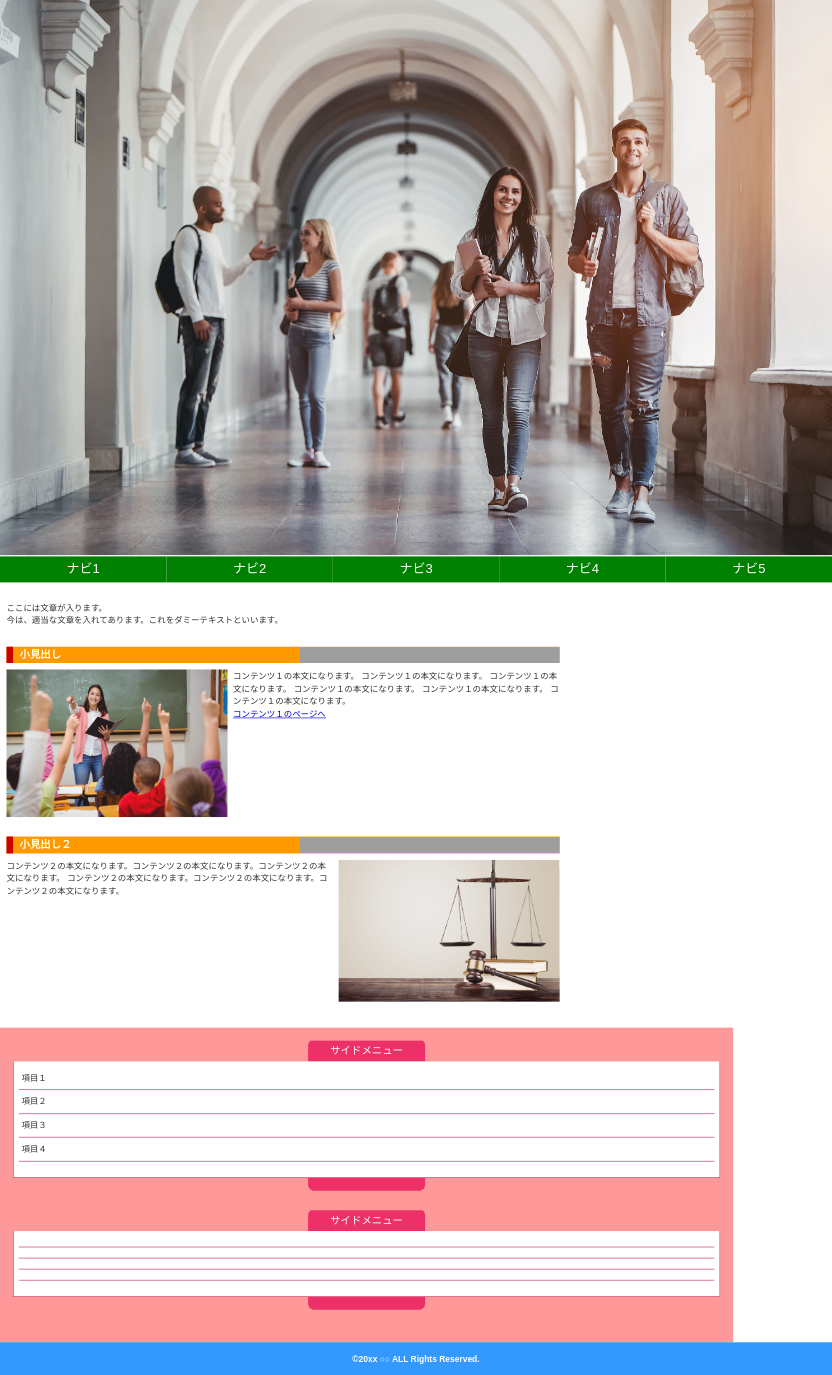
Repository: Ayano0819/samurai_HTML-CSS
Page: c9/home.html
The author's editor kept a record of every edit. The page is drawn from the files as they stood at one moment, then again after the next edit.
The browser window is 1280 px wide. The pictures show the whole page, at 65% of full size.
Pictures or frames that could not be fetched are drawn as grey boxes.

Above is the page before.

### c9/home.html
<!DOCTYPE html>
<html lang="en">
<head>
  <meta charset="UTF-8">
  <title>HTML/CSSの学習</title>
  <link rel="stylesheet" href="stylesheet.css">
</head>
<body>
  <div id="header">
    <h1>
      <a href="index.html"><img id="corridor" src="images/corridor.jpg" alt="大学の廊下"></a>
    </h1>
  </div>
  <div id="wrapper">
    <div id="nav">
      <ul>
        <li><a href="home.html">ナビ1</a></li>
        <li><a href="#">ナビ2</a></li>
          <li><a href="#">ナビ3</a></li>
         <li><a href="#">ナビ4</a></li>
        <li><a href="#">ナビ5</a></li>
       </ul>
     </div>
     <div id="container">
       <div id="main">
         <div class="post">
           <p>ここには文章が入ります。<br>今は、適当な文章を入れてあります。これをダミーテキストといいます。</p>
         </div>
         <div class="post clearfix">
           <h2>小見出し</h2>
           <img class="left" src="images/classroom.jpg" alt="授業風景"/>
           <p>
             コンテンツ１の本文になります。 コンテンツ１の本文になります。 コンテンツ１の本文になります。
              コンテンツ１の本文になります。 コンテンツ１の本文になります。 コンテンツ１の本文になります。
           </p>
           <p><a href="#">コンテンツ１のページへ</a></p>
         </div>
         <div class="post clearfix">
           <h2>小見出し２</h2>
           <img class="right" src="images/scale.jpg" alt="天秤"/>
           <p>
             コンテンツ２の本文になります。コンテンツ２の本文になります。コンテンツ２の本文になります。
             コンテンツ２の本文になります。コンテンツ２の本文になります。コンテンツ２の本文になります。
           </p>
         </div>
       </div>
     </div>
      <div id="side">
          <div class="box">
              <h2>サイドメニュー</h2>
              <div class="boxBody">
                  <ul>
                      <Li>項目１</Li>
                      <Li>項目２</Li>
                      <Li>項目３</Li>
                      <Li>項目４</Li>
                  </ul>
              </div>
          </div>
          <div class="box">
              <h2>サイドメニュー</h2>
              <div class="boxBody">
                  <ul>
                      <li></li>
                      <li></li>
                      <li></li>
                      <li></li>
                  </ul>
              </div>
          </div>
      </div>
  </div>
   <div id="footer">
     <p>&copy;20xx ○○ ALL Rights Reserved.</p>
   </div>
</body>
</html>

### c9/stylesheet.css
@charset "utf-8";

body{
  margin:0;
  padding:0;
  font-family:"ヒラギノ角ゴ Pro W3","Hiragino Gothic Pro","メイリオ",Meiryo,Osaka,"MS Pゴシック","MS PGothic", sans-serif;
  color:#333;
  font-size:13px;
  line-height:150%;
}

/*---------wrapper---------------*/
#wrapper{
  width:100%;
  margin:auto;
  padding:0px;
  border:0px;
  background-color:#FFF;
  top:10px;
}
/*---------header----------------*/
#header{
  width:100%;
}
#header h1{
  margin:0;
  padding:0;
}
#corridor{
  width:100%;
  height:auto;
}
/*---------footer----------------*/
#footer{
  clear:both;
  width:100%;
  padding:3px 0 3px 0;
  background:#39F;
  color:#FFF;
  font-weight:bold;
  text-align:center;
}
/*---------nav----------------*/
#nav{
  width:100%;
}
#nav ul{
  display:flex;
  margin:0;
  padding:0;
  list-style-type:none;
}
#nav ul li {
	width: 20%;
	text-align: center;
}
#nav ul li a {
	display: block;
	height: 20px;
	margin: 0;
	padding: 10px;
	color: #FFF;
	font-size: 20px;
	text-decoration: none;
	background-color: green;
}
#nav ul li a:hover{
  filter:drop-shadow(10px 10px 10px black);
}
/*-------container---------*/
#container{
  width:100%;
  margin:auto;
  padding:auto;
  padding-top:20px;
  clear:both;
  display: grid;
  grid-template-columns:70vw 30vw;
}
/*------main------------*/
#main{
  width:95%;
  padding:10px 30px 10px 10px;
}
#main h2{
  margin:0 0 10px 0;
  padding: 3px 10px 3px 10px;
  color:#FFF;
  font-size:16px;
  border-left:solid 10px #C00;
  background:#F90 url(../images/main_h2.jpg) right top repeat-y;
}
#main p{
  margin:0;
  padding:0;
}
#main .post{
  margin:0 0 30px 0;
}
#main .post img.right{
  margin:0 0 0 8px;
}
#main .post img.left{
  margin:0 8px 0 0;
}
.right{
  float:right;
  width:40%;
  height:auto;
}
.left{
  float:left;
  width:40%;
  height:auto;
}
/*---------clearfix----------*/
.clearfix{
  zoom:1;
}
.clearfix:after{
  content:"";
  display:block;
  clear:both;
}
/*------side--------*/
#side{
  width:85%;
  padding:20px;
  background-color:#F99;
}
#side .box{
  margin:0 auto 30px auto;
  padding:0 0 20px 0;
  background:url(images/side_box.png) bottom no-repeat;
}
#side .box h2{
  margin:0;
  padding:8px;
  text-align:center;
  color:#fff;
  font-size:16px;
  line-height:16px;
  font-weight:normal;
  background:url(images/side_box_h2.png) center no-repeat;
}
#side .box .boxBody{
  padding:8px;
  border-right:solid 1px #C36;
  border-bottom: solid 1px #C36;
  border-left: solid 1px #C36;
  background:#fff;
}
#side .box .boxBody ul{
  margin:0 0 16px 0;
  padding:0;
}
#side .box .boxBody ul li{
  padding:8px 0 8px 4px;
  list-style:none;
  border-bottom: solid 1px #C36;
}
#side .box .boxBody ul li:hover{
  padding:8px 0 8px 4px;
  list-style:none;
  border-bottom:solid 1px #C36;
  box-shadow:0px 4px 4px rgba(0, 0, 0, 0.3);
}

After the next edit:
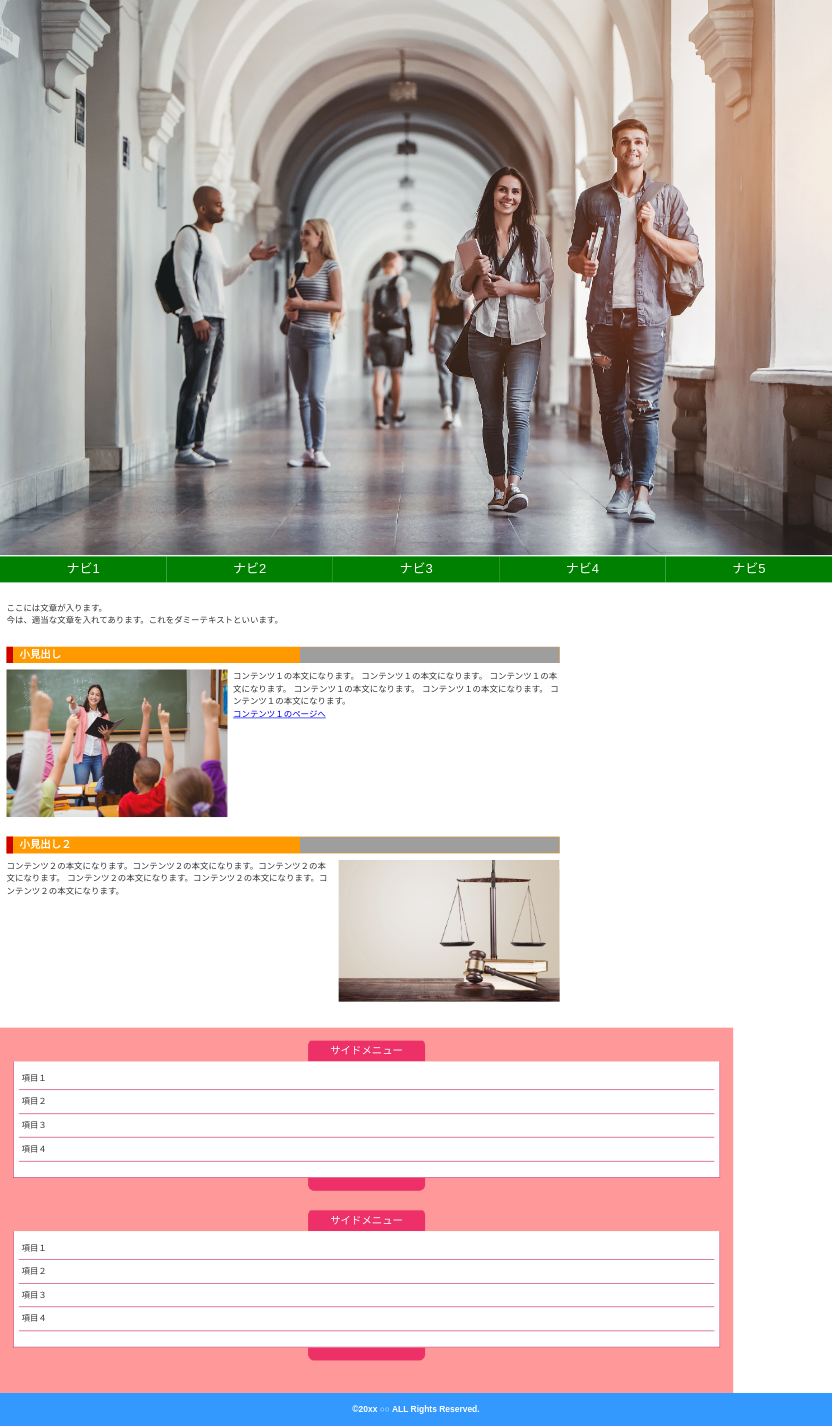
The edit:
--- a/c9/home.html
+++ b/c9/home.html
@@ -61,10 +61,10 @@
               <h2>サイドメニュー</h2>
               <div class="boxBody">
                   <ul>
-                      <li></li>
-                      <li></li>
-                      <li></li>
-                      <li></li>
+                      <li>項目１</li>
+                      <li>項目２</li>
+                      <li>項目３</li>
+                      <li>項目４</li>
                   </ul>
               </div>
           </div>
